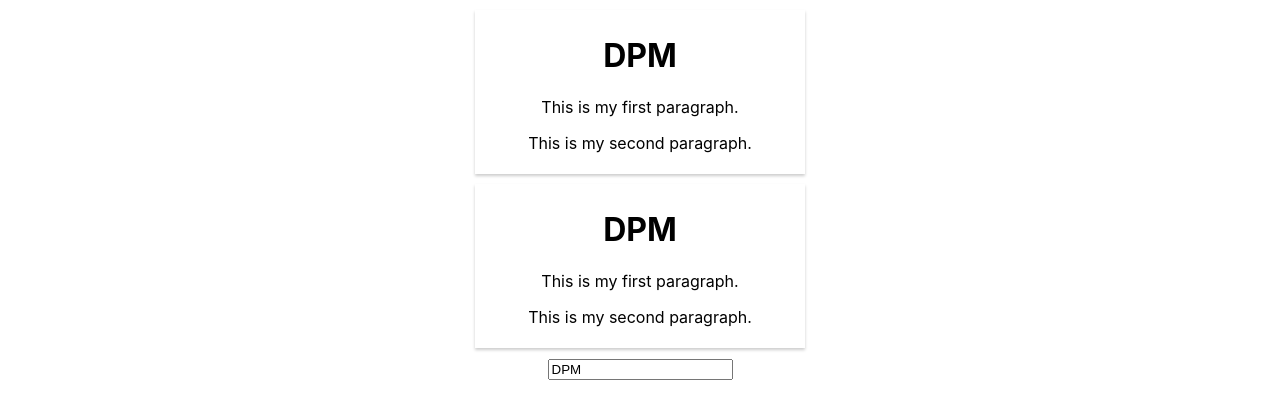
Repository: AidanHak/udemy-react-guide
Page: / (app in base-syntax--assignment-problem/)
An editor plug-in stored every save of this project. The page is shown before and after the next save, followed by the edit.
The browser window is 1280 px wide. The pictures show the whole page.
The project was rebuilt for these pictures with package versions that can differ from the ones it lists, and the page was loaded fresh each time.

Above is the page before, as saved 2020-12-17 19:35:11.

After the next save:
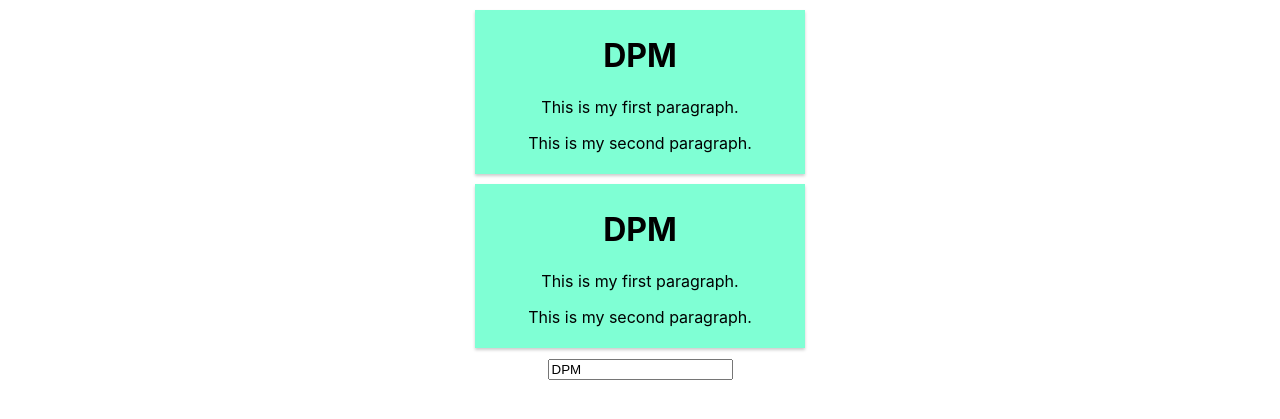
Saved 11 s later.
--- a/base-syntax--assignment-problem/src/UserOutput/UserOutput.js
+++ b/base-syntax--assignment-problem/src/UserOutput/UserOutput.js
@@ -1,4 +1,5 @@
 import React from 'react';
+import './UserOutput.css';
 
 const UserOutput = (props) => {
 	const style = {
